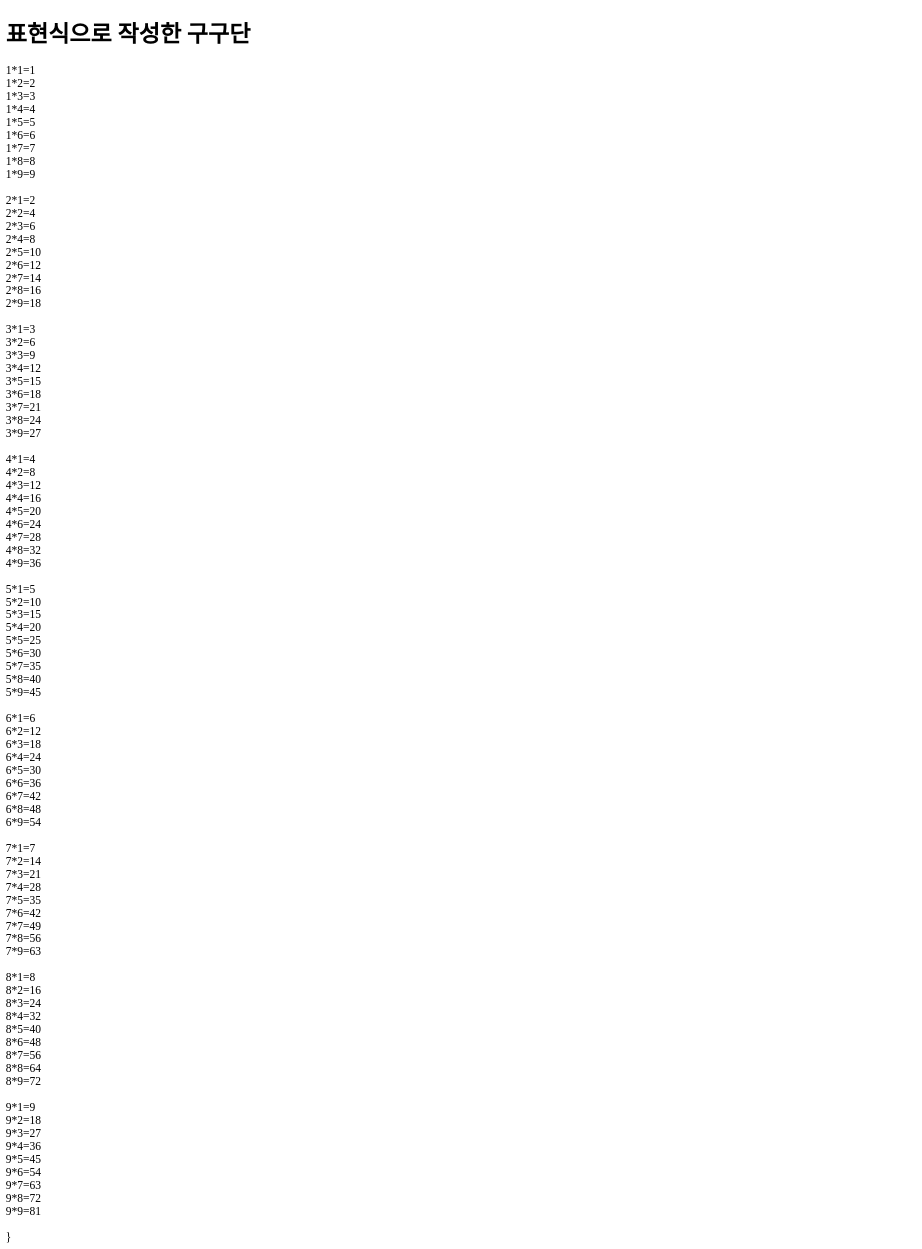
Repository: 2er0127/oracleSQL
Page: http://localhost/jsp/GuGudan01.jsp
An editor plug-in stored every save of this project. The page is shown before and after the next save, followed by the edit.
The browser window is 1280 px wide. The pictures show the whole page, at 72% of full size.
The page is served by Tomcat 9.

Above is the page before, as saved 2020-11-28 16:53:39.

After the next save:
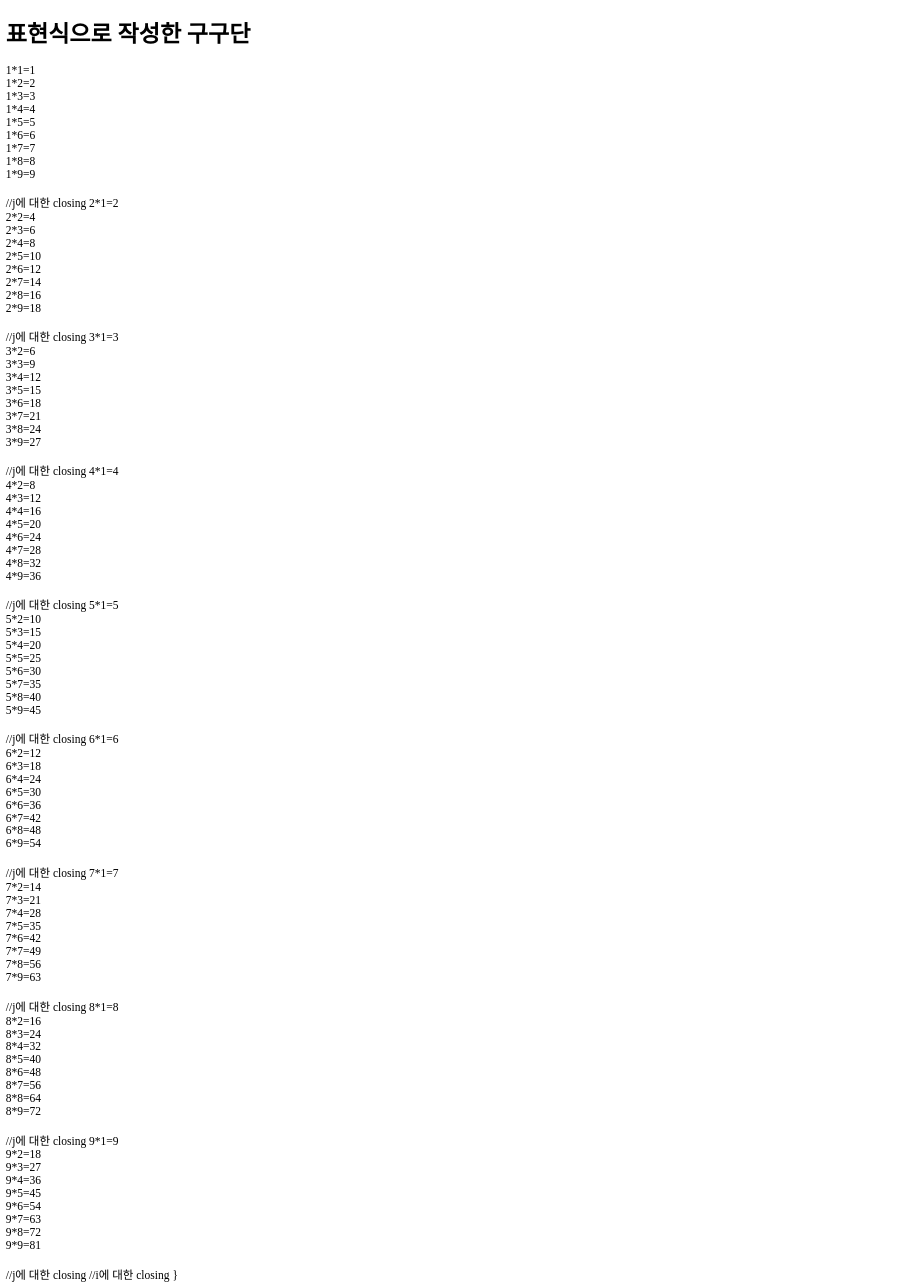
Saved 57 s later.
--- a/jsp/Webapp/GuGudan01.jsp
+++ b/jsp/Webapp/GuGudan01.jsp
@@ -11,8 +11,8 @@
 <% for(int i=1; i<10; i++){
 	for(int j=1; j<10; j++){ %>
 	<%=i %>*<%=j %>=<%=i*j %><br>
-	<% } %><br>
-	<% } %>
+	<% } %><br> //j에 대한 closing
+	<% } %> //i에 대한 closing
 }
 </body>
 </html>
